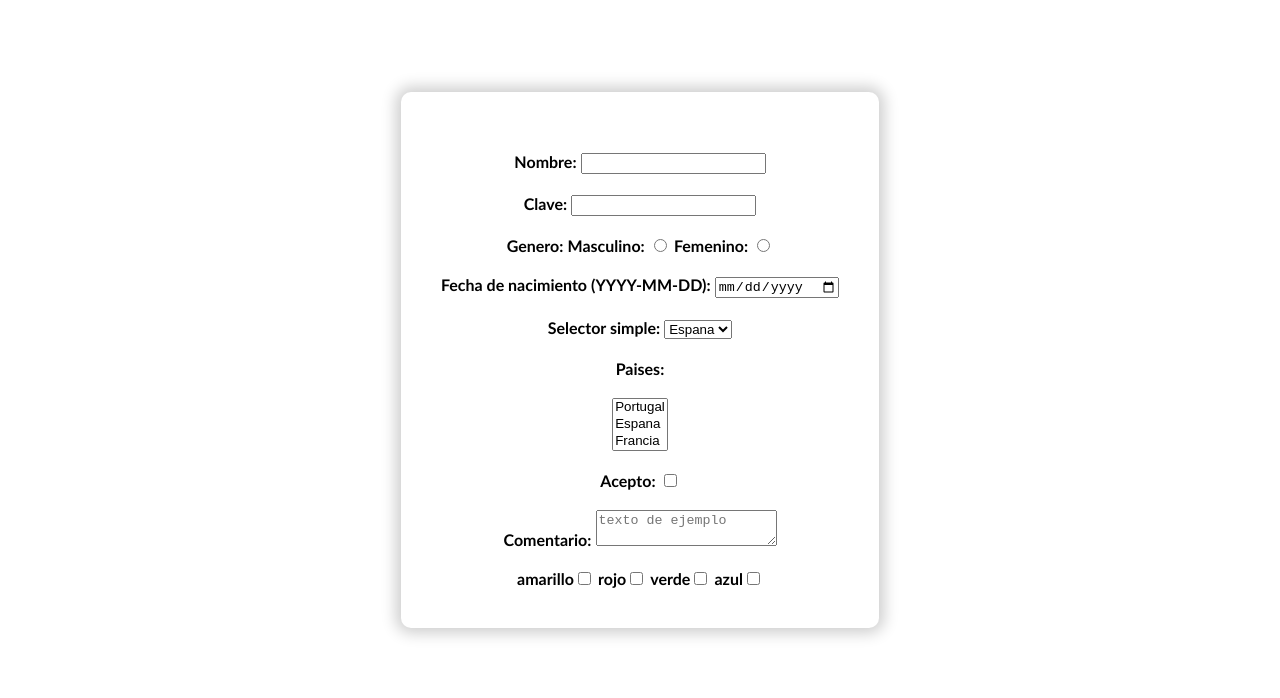
Repository: alvaroteja/ServidorJava
Page: http://localhost/12-EchoParametrosConArchivosJSP/
The author's editor kept a copy of each file at every save. The page is drawn from the files as they stood at one save, then again after the next save.
The browser window is 1280 px wide. The pictures show the whole page.
The page is served by Tomcat 10.

Above is the page before, as saved 2023-01-26 12:03:03.

After the next save:
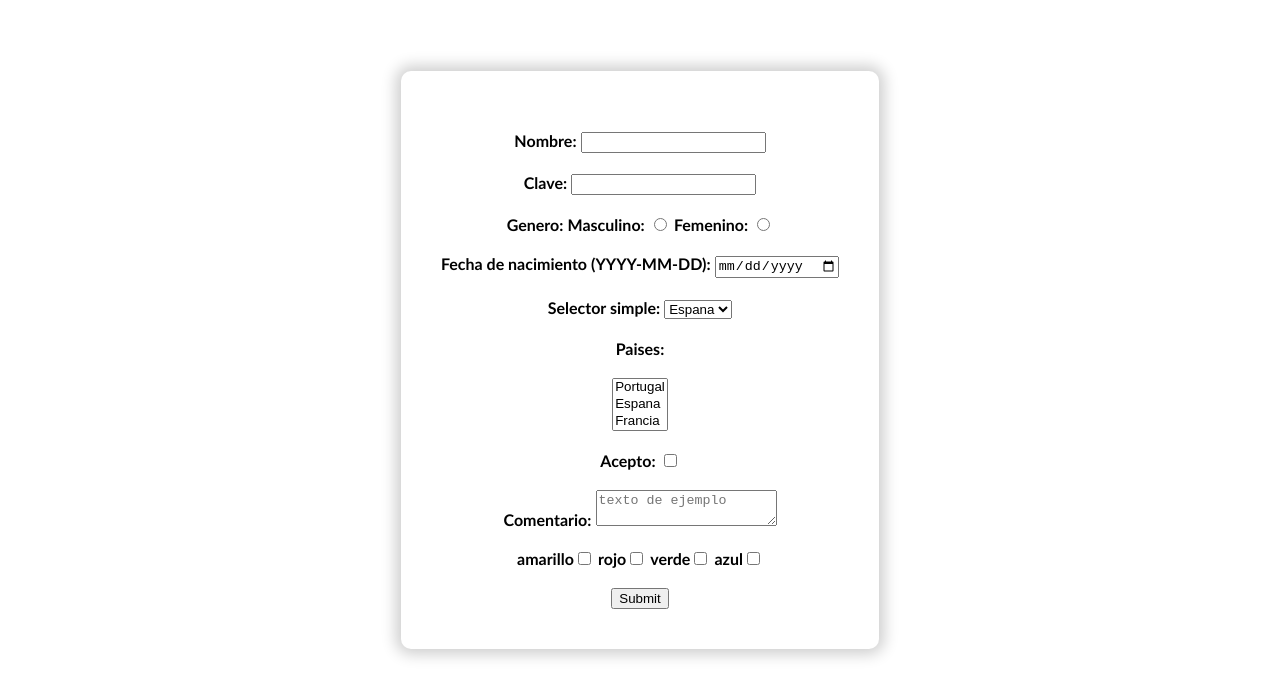
Saved 59 s later.
--- a/12-EchoParametrosConArchivosJSP/src/main/webapp/formulario.jsp
+++ b/12-EchoParametrosConArchivosJSP/src/main/webapp/formulario.jsp
@@ -126,8 +126,9 @@ label {
 		<label>verde:</label>
 		<input type="checkbox" name="colores" value="verde" />
 		<label>azul:</label>
-		<input type="checkbox" name="colores" value="azul" /> <br /> <input type="submit" /> -->
+		<input type="checkbox" name="colores" value="azul" /> -->
 		<%=Scriptlets.generaArrayCajasChequeo("colores", Datos.arrayColores,colores)%>
+		<br /> <input type="submit" />
 	</form>
 </body>
 </html>
